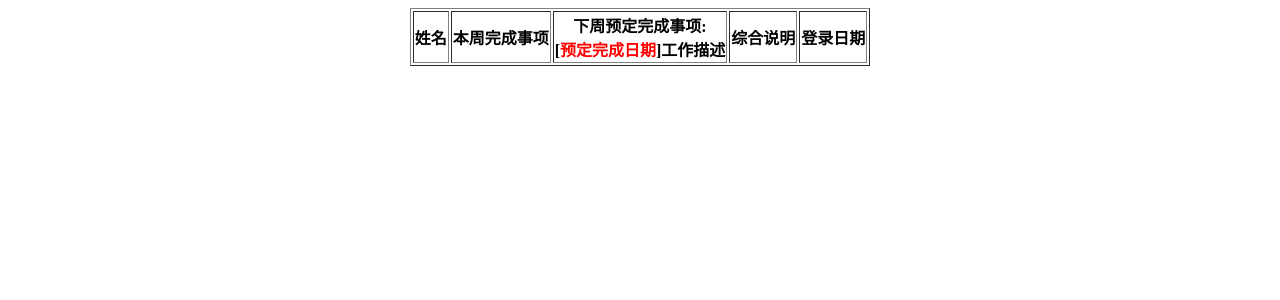
Repository: Cucujn/TRY
Page: http://localhost/WeeklyReport/listEachPeople.jsp
An editor plug-in stored every save of this project. The page is shown before and after the next save, followed by the edit.
The browser window is 1280 px wide. The pictures show the whole page.
The page is served by Tomcat 9. Other server files are loaded and not shown.

Above is the page before, as saved 2017-12-04 16:36:08.

### WeeklyReport/WebContent/listEachPeople.jsp
<%@ page language="java" contentType="text/html; charset=UTF-8"
    pageEncoding="UTF-8"%>
<!DOCTYPE html PUBLIC "-//W3C//DTD HTML 4.01 Transitional//EN" "http://www.w3.org/TR/html4/loose.dtd">
<html>
<head>
<meta http-equiv="Content-Type" content="text/html; charset=UTF-8">
<title>Insert title here</title>
</head>
<body>
<table border="1" align="center">
<tr>
<th>姓名</th>
<th>本周完成事项</th>
<th>下周预定完成事项:<br>[<font color="red">预定完成日期</font>]工作描述</th>
<th>综合说明</th>
<th>登录日期</th>
</table>
</body>
</html>

After the next save:
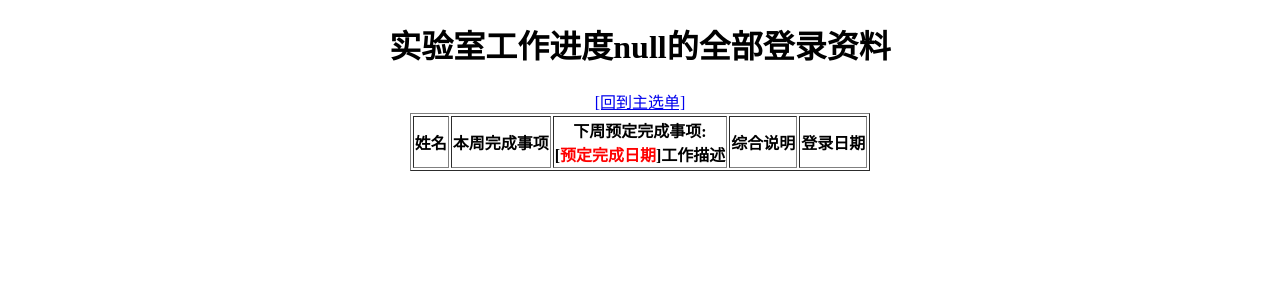
Saved 2 min 0 s later.
--- a/WeeklyReport/WebContent/listEachPeople.jsp
+++ b/WeeklyReport/WebContent/listEachPeople.jsp
@@ -4,9 +4,14 @@
 <html>
 <head>
 <meta http-equiv="Content-Type" content="text/html; charset=UTF-8">
-<title>Insert title here</title>
+<%
+String people = request.getParameter("people");
+%>
+<title>>实验室工作进度<%=people %>的全部登录资料</title>
 </head>
 <body>
+<center><h1>实验室工作进度<%=people %>的全部登录资料</h1></center>
+<center><a href="default.jsp">[回到主选单]</a></center>
 <table border="1" align="center">
 <tr>
 <th>姓名</th>
